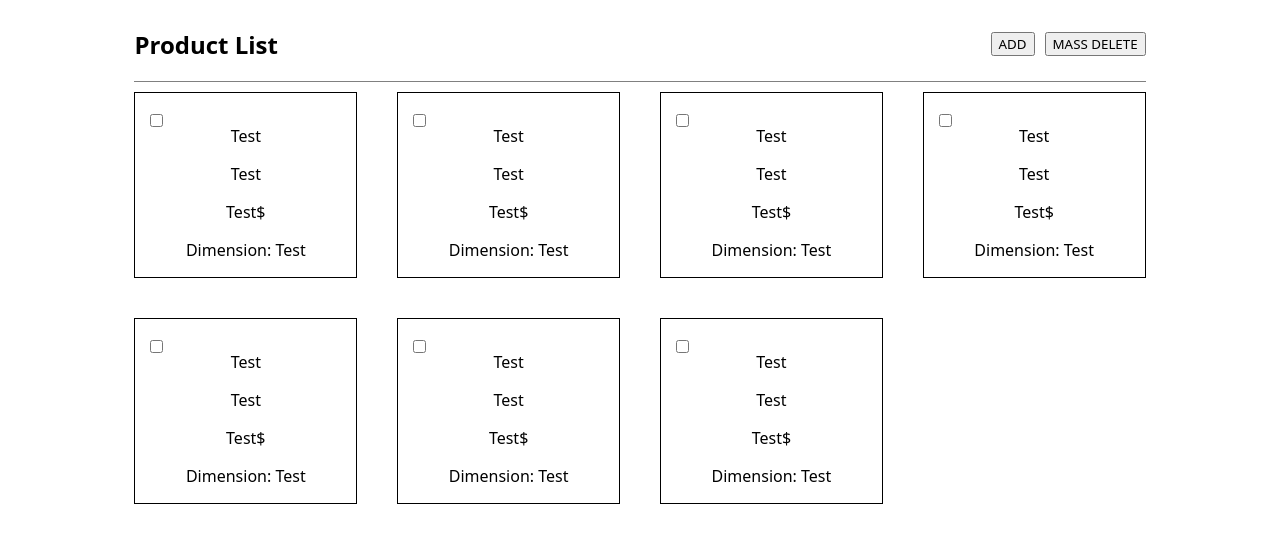
Repository: gabyto19/scandiweb
Page: http://localhost/
The author's editor kept a copy of each file at every save. The page is drawn from the files as they stood at one save, then again after the next save.
The browser window is 1280 px wide. The pictures show the whole page.
The page is run by PHP 8.4 with error messages shown; the project is at /var/www/html/.

Above is the page before, as saved 2023-03-07 18:35:21.

### index.php
<!DOCTYPE html>
<html lang="en">

<head>
  <meta charset="UTF-8" />
  <meta name="viewport" content="width=device-width, initial-scale=1.0" />
  <title>Vue Basics</title>
  <link href="https://fonts.googleapis.com/css2?family=Jost:wght@400;700&display=swap" rel="stylesheet" />
  <link rel="stylesheet" href="styles.css" />
  <script src="https://unpkg.com/vue@next" defer></script>
  <script src="https://unpkg.com/vue@3/dist/vue.global.js"></script>
</head>

<body>
  <section id="app">
    <nav>
      <h2>Product List</h2>
      <div class="rightButtons">
        <button><a style="text-decoration: none; color: black" href="addPage.php">ADD</a>
        </button>
        <button class="delete-checkbox" id="delete-product-btn">MASS DELETE</button>
      </div>
    </nav>


    <div class="grid-container">
      <div>
        <input type="checkbox" id="delete-checkbox" class="delete-checkbox" />
        <p>Test</p>
        <p>Test</p>
        <p>Test$</p>
        <p>Dimension: Test</p>
      </div>
      <div>
        <input type="checkbox" id="delete-checkbox" class="delete-checkbox" />
        <p>Test</p>
        <p>Test</p>
        <p>Test$</p>
        <p>Dimension: Test</p>
      </div>
      <div>
        <input type="checkbox" id="delete-checkbox" class="delete-checkbox" />
        <p>Test</p>
        <p>Test</p>
        <p>Test$</p>
        <p>Dimension: Test</p>
      </div>
      <div>
        <input type="checkbox" id="delete-checkbox" class="delete-checkbox" />
        <p>Test</p>
        <p>Test</p>
        <p>Test$</p>
        <p>Dimension: Test</p>
      </div>
      <div>
        <input type="checkbox" id="delete-checkbox" class="delete-checkbox" />
        <p>Test</p>
        <p>Test</p>
        <p>Test$</p>
        <p>Dimension: Test</p>
      </div>
      <div>
        <input type="checkbox" id="delete-checkbox" class="delete-checkbox" />
        <p>Test</p>
        <p>Test</p>
        <p>Test$</p>
        <p>Dimension: Test</p>
      </div>
      <div>
        <input type="checkbox" id="delete-checkbox" class="delete-checkbox" />
        <p>Test</p>
        <p>Test</p>
        <p>Test$</p>
        <p>Dimension: Test</p>
      </div>
    </div>
  </section>

  <script src="https://unpkg.com/vue@3/dist/vue.global.js"></script>
  <script src="index.js"></script>

</body>

</html>
<style scoped>
  .rightButtons button:first-child {
    margin-right: 10px;
  }

  .grid-container {
    display: grid;
    grid-template-columns: auto auto auto auto;
    gap: 40px;
    padding: 10px;
    width: 80%;
    margin: auto;
  }

  .grid-container>div {
    text-align: center;
    border: solid 1px;
  }
  .grid-container input{
    display: block;
    position: relative;
    left: 5%;
    top: 10%;
  }
</style>

### styles.css
nav {
    width: 80%;
    display: flex;
    justify-content: space-between;
    align-items: center;
    margin: auto;
    border-bottom: solid 1px gray;
  }

  * {
    font-family: system-ui;
  }

### index.js
Vue.createApp({
  data() {
    return {
      sku:"",
      name:"",
      price:"",
      dimension:"",
    };
  },
}).mount("#app");

After the next save:
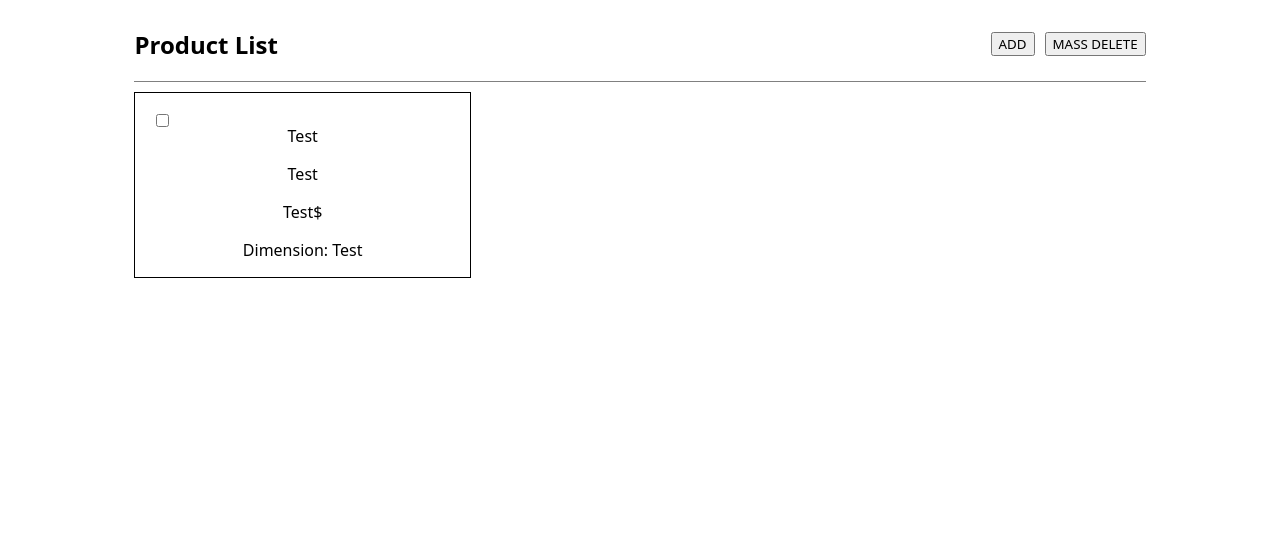
Saved 17 s later.
--- a/index.php
+++ b/index.php
@@ -31,48 +31,6 @@
         <p>Test$</p>
         <p>Dimension: Test</p>
       </div>
-      <div>
-        <input type="checkbox" id="delete-checkbox" class="delete-checkbox" />
-        <p>Test</p>
-        <p>Test</p>
-        <p>Test$</p>
-        <p>Dimension: Test</p>
-      </div>
-      <div>
-        <input type="checkbox" id="delete-checkbox" class="delete-checkbox" />
-        <p>Test</p>
-        <p>Test</p>
-        <p>Test$</p>
-        <p>Dimension: Test</p>
-      </div>
-      <div>
-        <input type="checkbox" id="delete-checkbox" class="delete-checkbox" />
-        <p>Test</p>
-        <p>Test</p>
-        <p>Test$</p>
-        <p>Dimension: Test</p>
-      </div>
-      <div>
-        <input type="checkbox" id="delete-checkbox" class="delete-checkbox" />
-        <p>Test</p>
-        <p>Test</p>
-        <p>Test$</p>
-        <p>Dimension: Test</p>
-      </div>
-      <div>
-        <input type="checkbox" id="delete-checkbox" class="delete-checkbox" />
-        <p>Test</p>
-        <p>Test</p>
-        <p>Test$</p>
-        <p>Dimension: Test</p>
-      </div>
-      <div>
-        <input type="checkbox" id="delete-checkbox" class="delete-checkbox" />
-        <p>Test</p>
-        <p>Test</p>
-        <p>Test$</p>
-        <p>Dimension: Test</p>
-      </div>
     </div>
   </section>
 
@@ -90,7 +48,7 @@
   .grid-container {
     display: grid;
     grid-template-columns: auto auto auto auto;
-    gap: 40px;
+    gap: 10px;
     padding: 10px;
     width: 80%;
     margin: auto;
